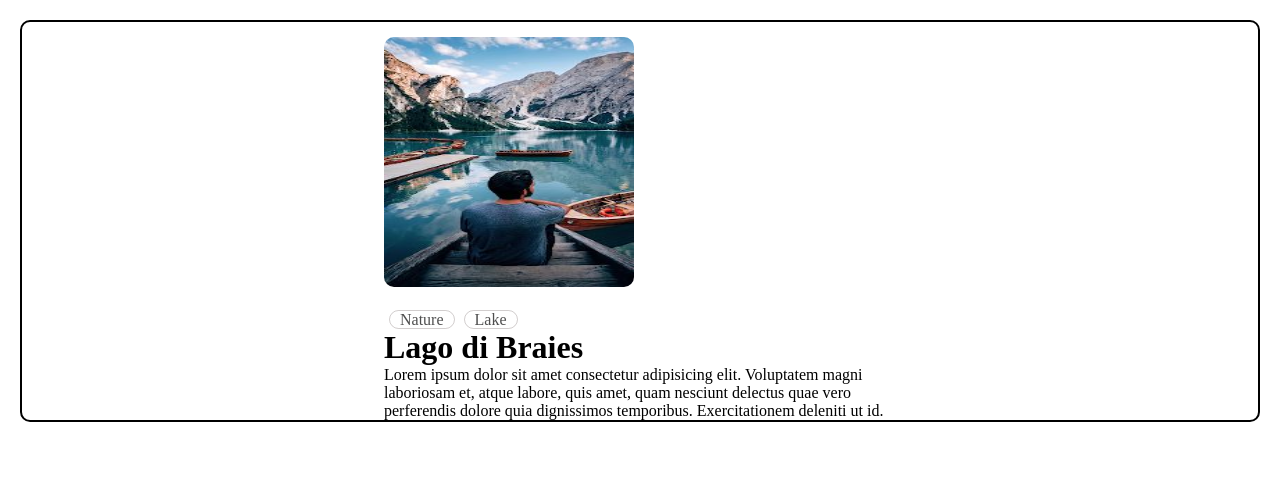
Repository: diensy/Web_dev
Page: Css/Exercise/exercise-2/index.html
An editor plug-in stored every save of this project. The page is shown before and after a run of saves, followed by the edit.
The browser window is 1280 px wide. The pictures show the whole page.

Above is the page before, as saved 2024-05-27 21:31:50.

### Css/Exercise/exercise-2/index.html
<!DOCTYPE html>
<html lang="en">
  <head>
    <meta charset="UTF-8" />
    <meta name="viewport" content="width=device-width, initial-scale=1.0" />
    <title>Document</title>
    <link rel="stylesheet" href="index.css" />
  </head>
  <body>
    <div class="card">
      <div class="image">
        <img src="image.jpeg" alt="" />
      </div>
      <div class="button">
        <span>Nature</span>
        <span>Lake</span>
      </div>
      <div class="content">
        <h1>Lago di Braies</h1>
        <p>
          Lorem ipsum dolor sit amet consectetur adipisicing elit. Voluptatem
          magni laboriosam et, atque labore, quis amet, quam nesciunt delectus
          quae vero perferendis dolore quia dignissimos temporibus.
          Exercitationem deleniti ut id.
        </p>
      </div>
    </div>
  </body>
</html>

### Css/Exercise/exercise-2/index.css
* {
  margin: 0;
  padding: 0;
}
.card {
  border: 2px solid black;
  border-radius: 10px;
  display: grid;
  justify-content: center;
  margin: 20px;
}
.image {
  margin-top: 15px;
  margin-bottom: 20px;
}
.image img {
  /* border: 1px solid black; */
  border-radius: 10px;
  height: 250px;
  width: 250px;
}
.button span {
  border: 1px solid rgba(107, 94, 94, 0.306);
  color: rgba(0, 0, 0, 0.694);
  border-radius: 40px;
  padding: 0 10px;
  margin-left: 5px;
  margin-bottom: 20px;
}
.content{
    height: 100%;
    width: 40vw;
}

After the next 2 saves:
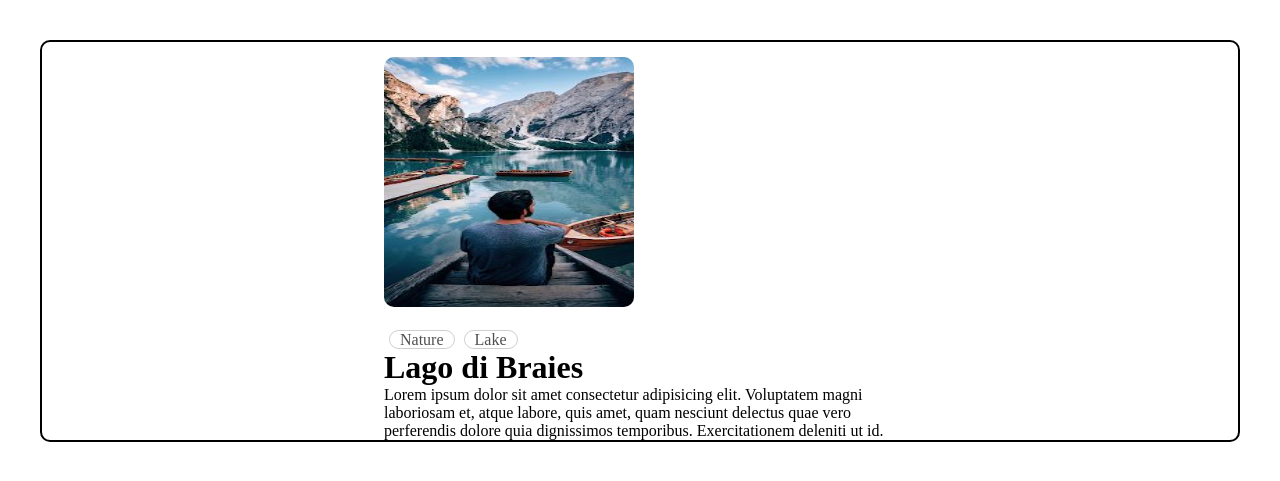
The 2 saves are shown as one change because they came seconds apart.
The last was saved 16 s later.
--- a/Css/Exercise/exercise-2/index.css
+++ b/Css/Exercise/exercise-2/index.css
@@ -7,7 +7,7 @@
   border-radius: 10px;
   display: grid;
   justify-content: center;
-  margin: 20px;
+  margin: 40px;
 }
 .image {
   margin-top: 15px;
